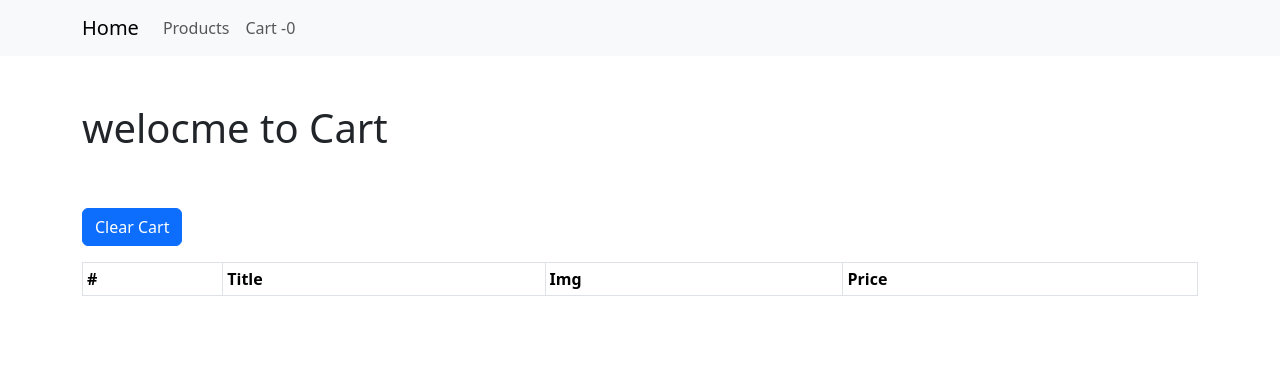
Repository: abdulrahmanmahmood/Basic-Cart-App-Using-Redux-Toolkit
Page: /cart
The author's editor kept a copy of each file at every save. The page is drawn from the files as they stood at one save, then again after a run of saves.
The browser window is 1280 px wide. The pictures show the whole page.
The project was rebuilt for these pictures with package versions that can differ from the ones it lists, and the page was loaded fresh each time. Also part of the build but not shown: src/App.css, src/components/Produc.js, src/App.js.

Above is the page before, as saved 2023-09-28 22:00:57.

### public/index.html
<!DOCTYPE html>
<html lang="en">
  <head>
    <meta charset="utf-8" />
    <link rel="icon" href="%PUBLIC_URL%/favicon.ico" />
    <meta name="viewport" content="width=device-width, initial-scale=1" />
    <meta name="theme-color" content="#000000" />
    <meta
      name="description"
      content="Web site created using create-react-app"
    />

    <title>React App</title>
  </head>
  <body>
    <div id="root"></div>

  </body>
</html>

### src/index.js
import React from "react";
import ReactDOM from "react-dom/client";
import "./index.css";
import App from "./App";
import "bootstrap/dist/css/bootstrap.min.css";
import { createBrowserRouter, RouterProvider } from "react-router-dom";
import AppNavbar from "./components/AppNavbar";
import Cart from "./components/Cart";
import { Provider } from "react-redux";
import {store} from './rtk/store';
const router = createBrowserRouter([
  {
    path: "/",
    element: <App />,
  },
  {
    path: "/cart",
    element: (
      <>
        <AppNavbar />
        <Cart />
      </>
    ),
  },
]);

const root = ReactDOM.createRoot(document.getElementById("root"));
root.render(
  <React.StrictMode>
    <Provider store={store}>
      <RouterProvider router={router}>
        <App />
      </RouterProvider>
    </Provider>
  </React.StrictMode>
);

### src/components/AppNavbar.js
import React, { useEffect } from "react";
import { Container, Nav, NavDropdown, Navbar } from "react-bootstrap";
import { useSelector } from "react-redux";
import { Link } from "react-router-dom";

function AppNavbar() {
  const Cart = useSelector((state)=>state.cart);

useEffect(()=>{

},[])
  return (
    <Navbar expand="lg" className="bg-body-tertiary">
      <Container>
        <Link className="navbar-brand" to="/">
          Home
        </Link>
        <Navbar.Toggle aria-controls="basic-navbar-nav" />
        <Navbar.Collapse id="basic-navbar-nav">
          <Nav className="me-auto">
            <Link className="nav-link" to="/">
              Products
            </Link>
            <Link className="nav-link" to="/cart">
              Cart -{Cart.length}
            </Link>
          </Nav>
        </Navbar.Collapse>
      </Container>
    </Navbar>
  );
}

export default AppNavbar;

### src/components/Cart.js
import React from 'react'
import { useDispatch, useSelector } from 'react-redux'
import { clearCart, deleteFromCart } from '../rtk/slicess/cart-slice'
import { Container, Table, Button } from 'react-bootstrap'

function Cart() {
  const dispatch = useDispatch()
  const cart = useSelector((state)=>state.cart);
  const totalPrice = cart.reduce((acc, product)=>{
    acc+=product.price;
    return acc
  },0)
  return (
    <Container>
    <h1 className='py-5'>welocme to Cart</h1>
    <h1></h1>
    <Button className='mb-3' onClick={()=>dispatch(clearCart())}>Clear Cart</Button>
    <Table striped bordered hover size="sm">
      <thead>
        <tr>
          <th>#</th>
          <th>Title</th>
          <th>Img</th>
          <th>Price</th>
        </tr>
      </thead>
      <tbody>
        {cart.map((item)=>(
    <tr key={item.id}>
    <td>{item.id}</td>
    <td>{item.title}</td>
    <td><img src={item.image} alt="" width={"100px"} height={"120px"} /></td>
    <td>{item.price} $</td>
    <td><Button variant='danger' onClick={()=>dispatch(deleteFromCart(item))}>Delete</Button></td>
  </tr>
        ))}


      </tbody>
    </Table>
    </Container>
  )
}

export default Cart

### src/rtk/store.js
import { configureStore } from '@reduxjs/toolkit'
import productsReducer from './slicess/products-slice'
import CartReducer from './slicess/cart-slice';

export const store = configureStore({
  reducer: {
    products:productsReducer,
    cart:CartReducer,
  },
})

### src/rtk/slicess/cart-slice.js
import { createSlice } from "@reduxjs/toolkit";

const cartSlice = createSlice({
  name:"cartSlice",
  initialState:[],
  reducers:{
    AddToCart:(state,action)=>{
      state = state.push(action.payload);
    },
    deleteFromCart:(state,action)=>{
    return  state = state.filter((item)=>item.id !== action.payload.id);
    },
    clearCart:(state, actoin)=>{
    return  state = []
    }
  },
  extraReducers:(builder)=>{}
});

export const {AddToCart, deleteFromCart, clearCart} = cartSlice.actions;
export default cartSlice.reducer;

### src/rtk/slicess/products-slice.js
import { createAsyncThunk, createSlice } from "@reduxjs/toolkit";


export const fetchProducts = createAsyncThunk("productsSlice/fetchProducts", async ()=>{
  const res = await fetch("https://fakestoreapi.com/products");
  const data = await res.json();
  return data;
})

const productsSlice = createSlice({
  name:"productsSlice",
  initialState:[],
  reducers:{

  },
  extraReducers:(builder)=>{
    builder.addCase(fetchProducts.pending,(state,action)=>{

    });
  builder.addCase(fetchProducts.fulfilled,(state,action)=>{
    return action.payload
  });
  builder.addCase(fetchProducts.rejected, (state,action)=>{

  })

  }
})

export const {} = productsSlice.actions;

export default productsSlice.reducer;

Loaded but not shown: src/index.css (common file)

After the next 2 saves:
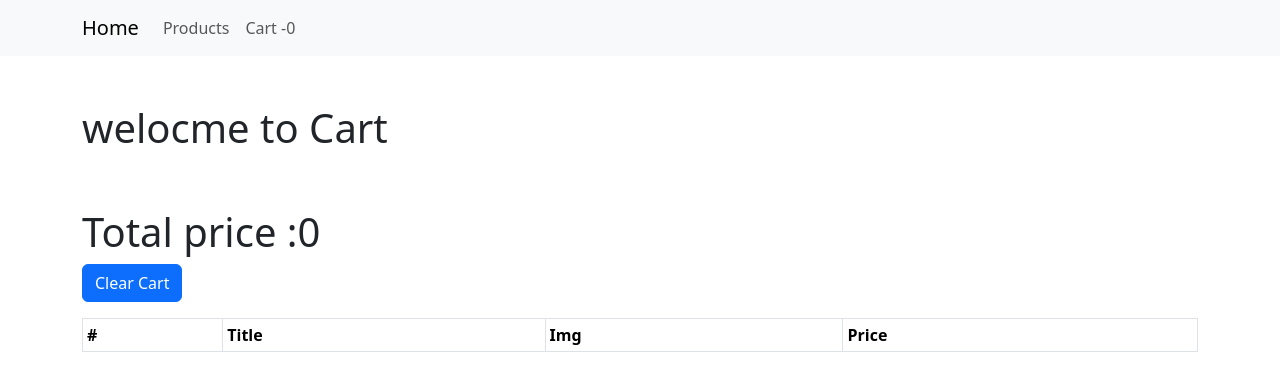
The 2 saves are shown as one change because they came seconds apart.
The last was saved 9 s later.
--- a/src/components/Cart.js
+++ b/src/components/Cart.js
@@ -13,7 +13,7 @@ function Cart() {
   return (
     <Container>
     <h1 className='py-5'>welocme to Cart</h1>
-    <h1></h1>
+    <h1>Total price :{totalPrice}</h1>
     <Button className='mb-3' onClick={()=>dispatch(clearCart())}>Clear Cart</Button>
     <Table striped bordered hover size="sm">
       <thead>
